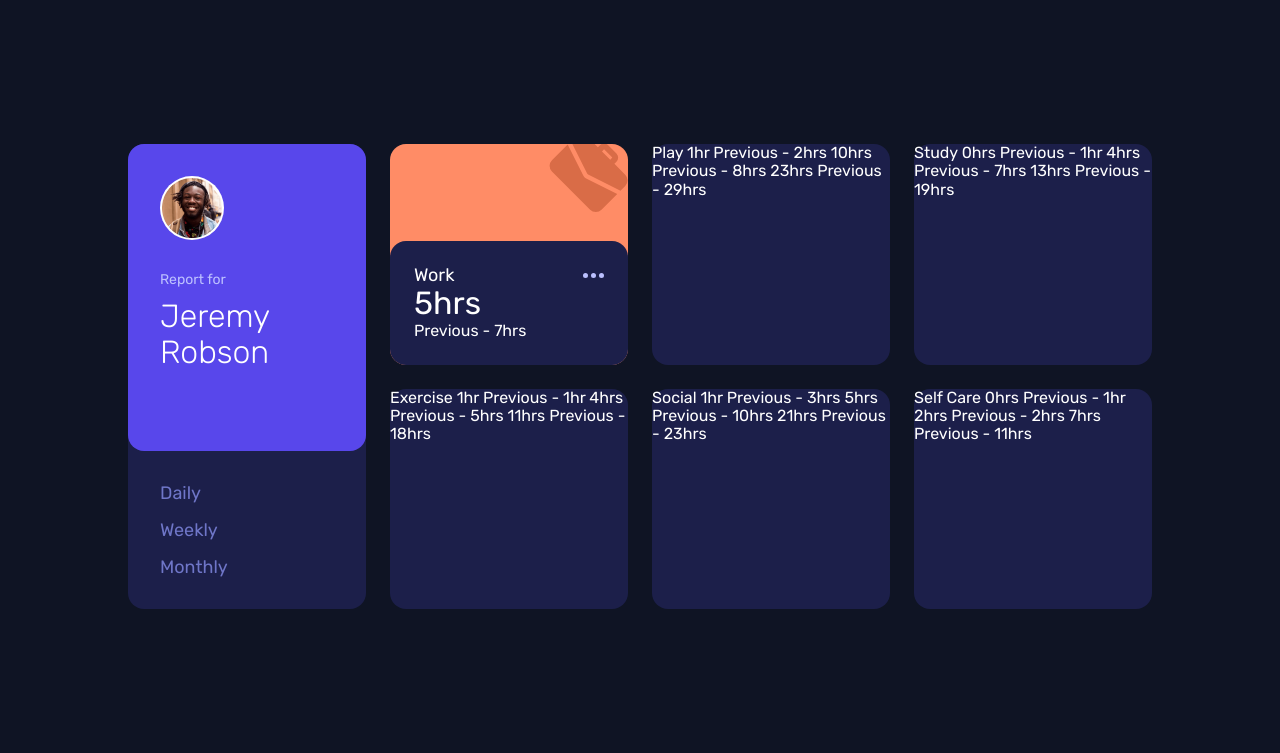
Repository: Jay-JYKim91/FM_time-tracking-dashboard
Page: index.html
The author's editor kept a copy of each file at every save. The page is drawn from the files as they stood at one save, then again after the next save.
The browser window is 1280 px wide. The pictures show the whole page.

Above is the page before, as saved 2021-12-16 11:38:13.

### index.html
<!DOCTYPE html>
<html lang="en">
<head>
  <meta charset="UTF-8">
  <meta name="viewport" content="width=device-width, initial-scale=1.0"> <!-- displays site properly based on user's device -->

  <link rel="icon" type="image/png" sizes="32x32" href="./images/favicon-32x32.png">

  <title>Time tracking dashboard</title>
  <link rel="stylesheet" href="https://cdnjs.cloudflare.com/ajax/libs/normalize/8.0.1/normalize.min.css" integrity="sha512-NhSC1YmyruXifcj/KFRWoC561YpHpc5Jtzgvbuzx5VozKpWvQ+4nXhPdFgmx8xqexRcpAglTj9sIBWINXa8x5w==" crossorigin="anonymous" referrerpolicy="no-referrer" />
  <link rel="preconnect" href="https://fonts.googleapis.com">
  <link rel="preconnect" href="https://fonts.gstatic.com" crossorigin>
  <link href="https://fonts.googleapis.com/css2?family=Rubik:wght@300;400;500&display=swap" rel="stylesheet">
  <link rel="stylesheet" href="style.css">
  <script src="main.js" defer></script>
</head>
<body>
  <section class="container">
    <article class="card profile-card">
        <div class="profile-card--name">
          <div class="profile-img-box">
            <img src="./images/image-jeremy.png" alt="jeremy" class="profile-img">
          </div>
          <p>Report for</p>
          <p class="name">Jeremy Robson</p>
        </div>
        <ul>
          <li><a href="">Daily</a></li>
          <li><a href="">Weekly</a></li>
          <li><a href="">Monthly</a></li>
        </ul>
    </article>
    <article class="card feature-card work-bg">
      <div class="card feature-card--text">
        <div class="title-wrapper">
          <p class="title">Work</p>
          <img src="./images/icon-ellipsis.svg" alt="ellipsis">
        </div>
        <p class="time">5hrs</p>
        <p>Previous - 7hrs</p>
      </div>

   <!-- daily -->
   <!-- daily -->
  <!-- 32hrs  -->
  <!-- weekly -->
  <!-- Previous - 36hrs  -->
  <!-- weekly -->
  <!-- 103hrs  -->
  <!-- monthly -->
  <!-- Previous - 128hrs  -->
  <!-- monthly -->

    </article>
    <article class="card">
      Play
  1hr <!-- daily -->
  Previous - 2hrs <!-- daily -->
  10hrs <!-- weekly -->
  Previous - 8hrs <!-- weekly -->
  23hrs <!-- monthly -->
  Previous - 29hrs <!-- monthly -->


    </article>
    <article class="card">
      Study
  0hrs <!-- daily -->
  Previous - 1hr <!-- daily -->
  4hrs <!-- weekly -->
  Previous - 7hrs <!-- weekly -->
  13hrs <!-- monthly -->
  Previous - 19hrs <!-- monthly -->


    </article>
    <article class="card">
      Exercise
  1hr <!-- daily -->
  Previous - 1hr <!-- daily -->
  4hrs <!-- weekly -->
  Previous - 5hrs <!-- weekly -->
  11hrs <!-- monthly -->
  Previous - 18hrs <!-- monthly -->


    </article>
    <article class="card">
      Social
  1hr <!-- daily -->
  Previous - 3hrs <!-- daily -->
  5hrs <!-- weekly -->
  Previous - 10hrs <!-- weekly -->
  21hrs <!-- monthly -->
  Previous - 23hrs <!-- monthly -->


    </article>
    <article class="card">
      Self Care
  0hrs <!-- daily -->
  Previous - 1hr <!-- daily -->
  2hrs <!-- weekly -->
  Previous - 2hrs <!-- weekly -->
  7hrs <!-- monthly -->
  Previous - 11hrs <!-- monthly -->
    </article>
  </section>








  <!-- <div class="attribution">
    Challenge by <a href="https://www.frontendmentor.io?ref=challenge" target="_blank">Frontend Mentor</a>.
    Coded by <a href="#">Your Name Here</a>.
  </div> -->
</body>
</html>

### style.css
:root {
  --body-font: "Rubik", sans-serif;

  --blue: hsl(246, 80%, 60%);
  --light-red-work: hsl(15, 100%, 70%);
  --soft-blue-play: hsl(195, 74%, 62%);
  --light-red-study: hsl(348, 100%, 68%);
  --lime-green-exercise: hsl(145, 58%, 55%);
  --violet-social: hsl(264, 64%, 52%);
  --soft-orange: hsl(43, 84%, 65%);
  --very-dark-blue: hsl(226, 43%, 10%);
  --dark-blue: hsl(235, 46%, 20%);
  --desaturated-blue: hsl(235, 45%, 61%);
  --pale-blue: hsl(236, 100%, 87%);
}
body {
  background-color: var(--very-dark-blue);
  color: white;
  font-family: var(--body-font);
}
a {
  text-decoration: none;
  color: white;
}
p {
  margin: 0;
}
.container {
  width: 80vw;
  margin: 20vh auto;
  display: grid;
  grid-template-columns: repeat(4, 1fr);
  gap: 1.5em;
}
.card {
  border-radius: 1em;
  background-color: var(--dark-blue);
}
.profile-card {
  grid-row: 1 / 3;
}
.profile-card ul {
  list-style: none;
  padding-left: 2em;
  margin: 2em 0;
}
.profile-card--name {
  background-color: var(--blue);
  padding: 2em;
  border-radius: 1em;
}
.profile-card--name p {
  color: var(--pale-blue);
  margin: 0;
  font-size: 14px;
}
.profile-card--name .name {
  color: white;
  font-size: 2rem;
  font-weight: 300;
  margin: 0.3em 0 1.5em 0;
}
.profile-img-box {
  width: 64px;
  height: 64px;
  border-radius: 50%;
  background-color: white;
  margin-bottom: 2em;
}
.profile-img {
  width: 60px;
  margin: 2px;
}
.profile-card li {
  margin-bottom: 1em;
}
.profile-card li a {
  font-size: 18px;
  color: var(--desaturated-blue);
}
.feature-card {
  position: relative;
}
.feature-card--text {
  position: absolute;
  bottom: 0;
  width: -webkit-fill-available;
  padding: 1.5em;
}
.title-wrapper {
  display: flex;
  justify-content: space-between;
  align-items: center;
}
.title-wrapper .title {
  font-size: 1.125rem;
  font-weight: 400;
  margin: 0;
}
.title-wrapper img {
  /* height: fit-content; */
}
.time {
  font-size: 2rem;
  margin-bottom: 0;
}

.work-bg {
  background-image: url("./images/icon-work.svg");
  background-color: var(--light-red-work);
  background-repeat: no-repeat;
  background-position: top right;
  background-position-y: -10px;
}
@media (min-width: 768px) and (max-width: 1023px) {
}

@media (max-width: 767px) {
}

Loaded but not shown: main.js (empty)

After the next save:
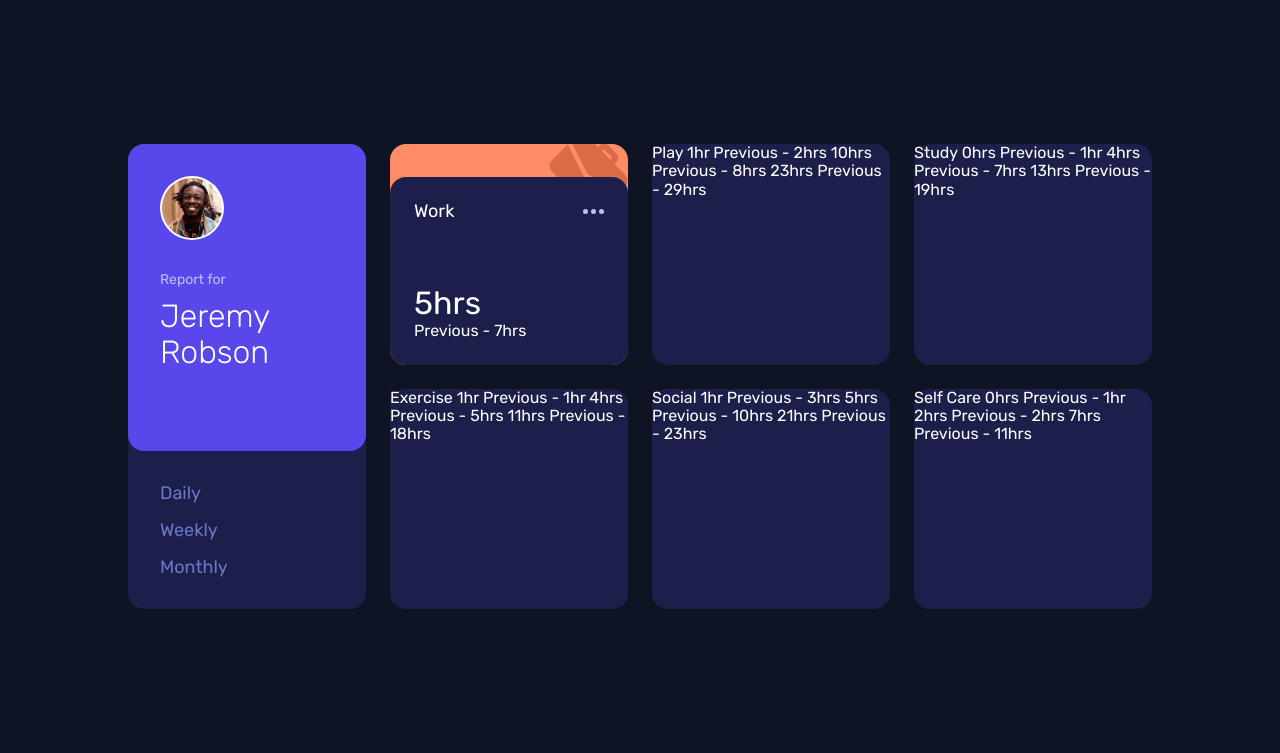
Saved 40 s later.
--- a/style.css
+++ b/style.css
@@ -102,7 +102,7 @@ p {
 }
 .time {
   font-size: 2rem;
-  margin-bottom: 0;
+  margin-top: 2em;
 }
 
 .work-bg {
